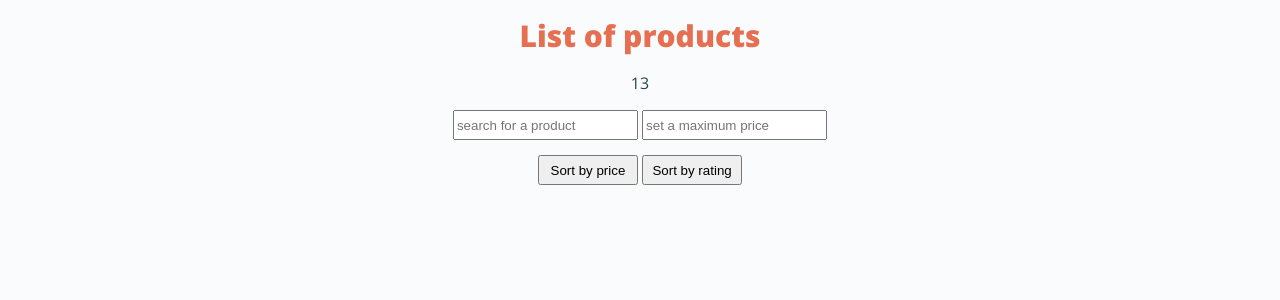
Repository: andrii1/hyf-homework
Page: javascript/javascript2/week2/hyf-bay/index.html
The author's editor kept a copy of each file at every save. The page is drawn from the files as they stood at one save, then again after the next save.
The browser window is 1280 px wide. The pictures show the whole page.

Above is the page before, as saved 2022-07-06 12:53:51.

### javascript/javascript2/week2/hyf-bay/index.html
<head>
  <title>HyfBay - list of products</title>
  <meta name="viewport" content="width=device-width, initial-scale=1" />
  <link rel="stylesheet" type="text/css" href="main.css" />
  <link
    href="https://fonts.googleapis.com/css?family=Open+Sans:400,800"
    rel="stylesheet"
  />
</head>

<body>
  <main>
    <section class="box-products">
      <h1>List of products</h1>
      <p id="count-products"></p>
      <form action="#" class="form">
        <input type="text" id="search" placeholder="search for a product" />
        <input
          type="text"
          id="maximumPrice"
          placeholder="set a maximum price"
        />
      </form>
      <button id="price-sort">Sort by price</button>
      <button id="rating-sort">Sort by rating</button>
      <ul id="list"></ul>
    </section>
  </main>
  <script src="hyfBayHelpers.js"></script>
  <script src="main.js"></script>
</body>

### javascript/javascript2/week2/hyf-bay/main.css
body {
    font-family: "Open Sans", sans-serif;
    background-color: #F9FBFD;
}

* {
    box-sizing: border-box;
}

body, h1, h2 {
    margin: 0;
    color: #264653
}

h1 {
  font-size: 30px;
  color:#E76F51;
}

h2 {
  font-size: 24px;
  color: #F4A261
}

ul {
    list-style-type: none;
    margin: 0;
    padding: 10;
}


main {
  display: flex;
  align-items: center;
  justify-content: center;
  padding:15;
  align-items: center;
}

.box-products {
  width: 500px;
  text-align: center
}

form {
  margin: 15 0;
}

input[type=text] {
  height: 30px;
}

button {
  width: 100px;
  height: 30px;
}

### javascript/javascript2/week2/hyf-bay/hyfBayHelpers.js
/* DONT MODIFY ANY OF THIS CODE!!!*/

window.getAvailableProducts = function () {
  function getRandomInt(min, max) {
    min = Math.ceil(min);
    max = Math.floor(max);
    return Math.floor(Math.random() * (max - min + 1)) + min;
  }

  function getRandomItem(availableProductNames) {
    return availableProductNames[
      getRandomInt(0, availableProductNames.length - 1)
    ];
  }

  function getRandomProductname() {
    const preWords = [
      "Used",
      "Fantastic",
      '"Used"',
      "Broken",
      "Beautiful",
      "Wet",
      "Green",
      "Sloppy",
      "Dirty",
    ];
    const productNames = [
      "Carrot",
      "Drone",
      "Giftcard",
      "Puppy",
      "Car",
      "Shirt",
      "Milk",
      "Chalk",
      "Fish fingers",
      "Socks",
      "Chocolate",
      "Toothbrush",
      "Computer",
      "Nokia",
      "Cologne",
    ];

    let chosenProductName = getRandomItem(productNames);
    const shouldHavePreWord = getRandomInt(0, 10) > 6;

    if (shouldHavePreWord) {
      const preWord = preWords[getRandomInt(0, preWords.length - 1)];
      chosenProductName = `${preWord} ${chosenProductName}`;
    }

    return chosenProductName;
  }

  const numberOfAvailableProducts = getRandomInt(0, 30);
  const availableProducts = Array.apply(
    null,
    Array(numberOfAvailableProducts)
  ).map(() => {
    const name = getRandomProductname();
    return {
      id: `${name}${getRandomInt(0, 100000)}`,
      name,
      price: getRandomInt(0, 10000),
      rating: getRandomInt(1, 10),
    };
  });

  return availableProducts;
};

### javascript/javascript2/week2/hyf-bay/main.js
console.log("Script loaded");
const products = getAvailableProducts();
console.log(products);
let clickCount = 0;
let clickCountRating = 0;
const searchInput = document.getElementById("search");
const maximumPriceInput = document.getElementById("maximumPrice");
const buttonSortPrice = document.getElementById("price-sort");
const buttonSortRating = document.getElementById("rating-sort");
const productsCount = document.getElementById("count-products");
productsCount.innerText = products.length;
searchInput.addEventListener("input", filterProducts);
maximumPriceInput.addEventListener("input", filterProductsByPrice);
buttonSortPrice.addEventListener("click", sortProductsByPrice);
buttonSortRating.addEventListener("click", sortProductsByRating);
function filterProducts(event) {
  const filteredProducts = products.filter((product) =>
    product.name.toLowerCase().includes(event.target.value)
  );
  renderProducts(filteredProducts);
}

function filterProductsByPrice(event) {
  const filteredProducts = products.filter(
    (product) => product.price < event.target.value
  );
  renderProducts(filteredProducts);
}

function sortProductsByPrice() {
  if (clickCount % 2 == 0) {
    const sortedProducts = products.sort((a, b) => a.price - b.price);
    renderProducts(sortedProducts);
  } else {
    const sortedProducts = products.sort((a, b) => b.price - a.price);
    renderProducts(sortedProducts);
  }

  clickCount++;
}

function sortProductsByRating() {
  if (clickCountRating % 2 == 0) {
    const sortedProducts = products.sort((a, b) => a.rating - b.rating);
    renderProducts(sortedProducts);
  } else {
    const sortedProducts = products.sort((a, b) => b.rating - a.rating);
    renderProducts(sortedProducts);
  }

  clickCountRating++;
}

const list = document.querySelector("#list");

function renderProducts(products) {
  // your code here
  list.innerHTML = "";
  for (let i = 0; i < products.length; i++) {
    const listItem = document.createElement("li");
    const name = document.createElement("h2");
    const price = document.createElement("p");
    const rating = document.createElement("p");
    name.innerHTML = products[i].name;
    price.innerHTML = `price: ${products[i].price}`;
    rating.innerHTML = `rating: ${products[i].rating}`;
    list.appendChild(listItem);
    list.appendChild(name);
    list.appendChild(price);
    list.appendChild(rating);
  }
}

//renderProducts(products); // This should create the ul and the li's with the individual products details

After the next save:
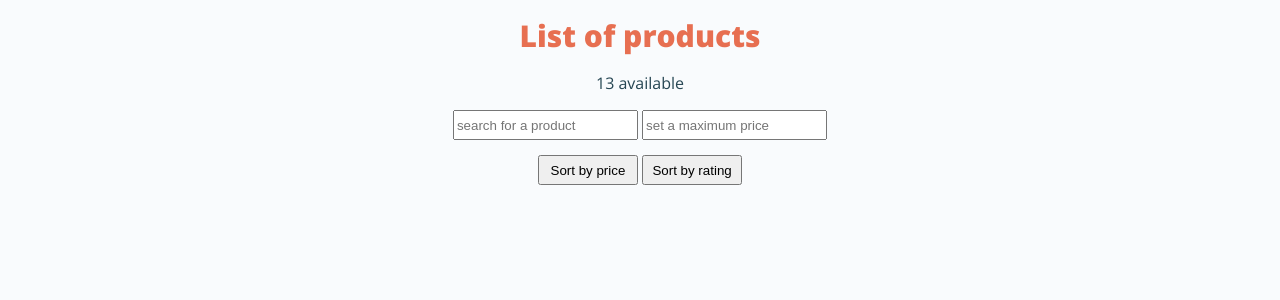
Saved 32 s later.
--- a/javascript/javascript2/week2/hyf-bay/main.js
+++ b/javascript/javascript2/week2/hyf-bay/main.js
@@ -8,7 +8,7 @@ const maximumPriceInput = document.getElementById("maximumPrice");
 const buttonSortPrice = document.getElementById("price-sort");
 const buttonSortRating = document.getElementById("rating-sort");
 const productsCount = document.getElementById("count-products");
-productsCount.innerText = products.length;
+productsCount.innerText = `${products.length} available`;
 searchInput.addEventListener("input", filterProducts);
 maximumPriceInput.addEventListener("input", filterProductsByPrice);
 buttonSortPrice.addEventListener("click", sortProductsByPrice);
